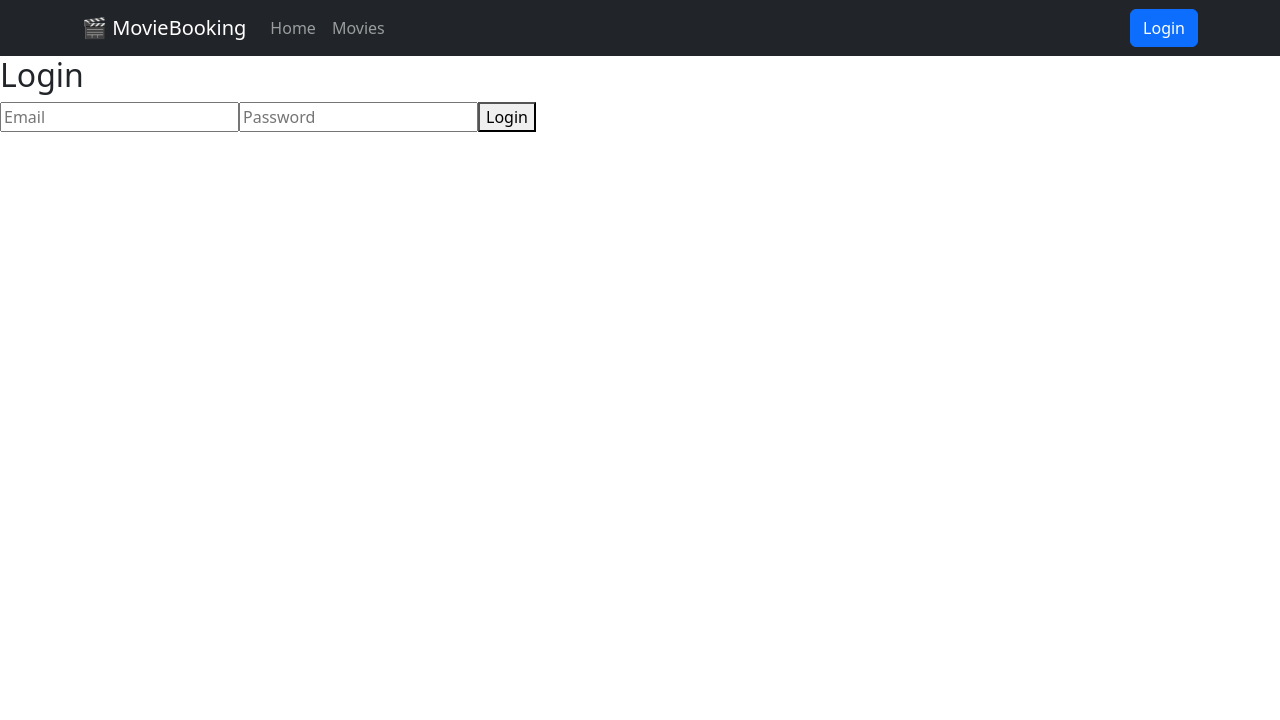
Repository: AshwinUgale/MovieBookingFrontend
Page: /login
These files come from the project's save history. The page is drawn as it stood at one moment and after the next save; the edit follows.
The browser window is 1280 px wide. The pictures show the whole page.
The project was rebuilt for these pictures with package versions that can differ from the ones it lists, and the page was loaded fresh each time. Also part of the build but not shown: src/pages/HomePage.js, src/services/api.js, src/pages/RegisterPage.js, src/pages/DashboardPage.js, src/utils/PrivateRoute.js, src/pages/MovieList.js, src/pages/ShowtimesPage.js, src/pages/AdminMoviePage.js and 5 more.

Above is the page before, as saved 2025-02-12 17:25:58.

After the next save:
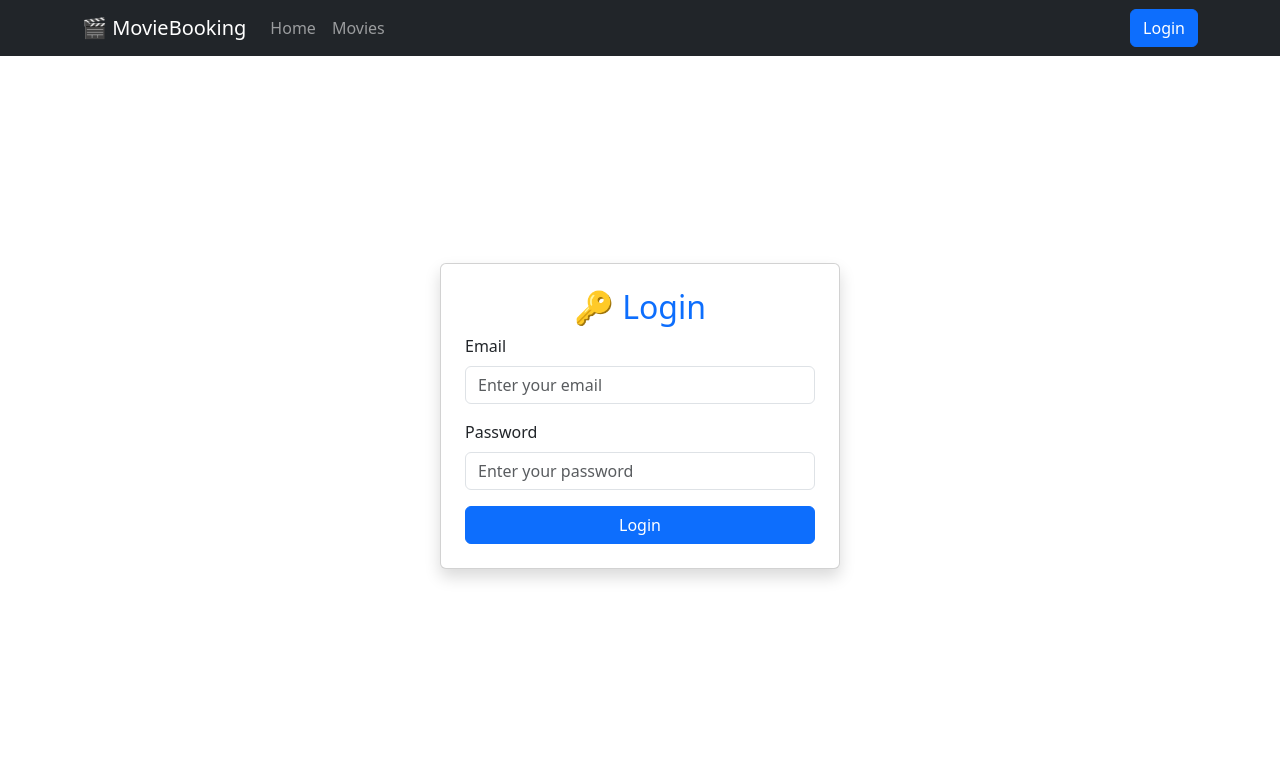
Saved 62 s later.
--- a/src/pages/LoginPage.js
+++ b/src/pages/LoginPage.js
@@ -1,6 +1,7 @@
 import { useState, useContext } from "react";
 import { useNavigate } from "react-router-dom";
 import { AuthContext } from "../context/AuthContext"; // ✅ Import AuthContext
+import { Container, Form, Button, Card, Alert } from "react-bootstrap"; // ✅ Import Bootstrap components
 
 const LoginPage = () => {
     const { login } = useContext(AuthContext); // ✅ Get login function from context
@@ -34,27 +35,44 @@ const LoginPage = () => {
     };
 
     return (
-        <div>
-            <h2>Login</h2>
-            {error && <p style={{ color: "red" }}>{error}</p>}
-            <form onSubmit={handleLogin}>
-                <input
-                    type="email"
-                    placeholder="Email"
-                    value={email}
-                    onChange={(e) => setEmail(e.target.value)}
-                    required
-                />
-                <input
-                    type="password"
-                    placeholder="Password"
-                    value={password}
-                    onChange={(e) => setPassword(e.target.value)}
-                    required
-                />
-                <button type="submit">Login</button>
-            </form>
-        </div>
+        <Container className="d-flex justify-content-center align-items-center vh-100">
+            <Card style={{ width: "400px" }} className="p-4 shadow">
+                <h2 className="text-center text-primary">🔑 Login</h2>
+
+                {error && <Alert variant="danger">{error}</Alert>}
+
+                <Form onSubmit={handleLogin}>
+                    {/* Email Input */}
+                    <Form.Group className="mb-3">
+                        <Form.Label>Email</Form.Label>
+                        <Form.Control
+                            type="email"
+                            placeholder="Enter your email"
+                            value={email}
+                            onChange={(e) => setEmail(e.target.value)}
+                            required
+                        />
+                    </Form.Group>
+
+                    {/* Password Input */}
+                    <Form.Group className="mb-3">
+                        <Form.Label>Password</Form.Label>
+                        <Form.Control
+                            type="password"
+                            placeholder="Enter your password"
+                            value={password}
+                            onChange={(e) => setPassword(e.target.value)}
+                            required
+                        />
+                    </Form.Group>
+
+                    {/* Login Button */}
+                    <Button variant="primary" type="submit" className="w-100">
+                        Login
+                    </Button>
+                </Form>
+            </Card>
+        </Container>
     );
 };
 
